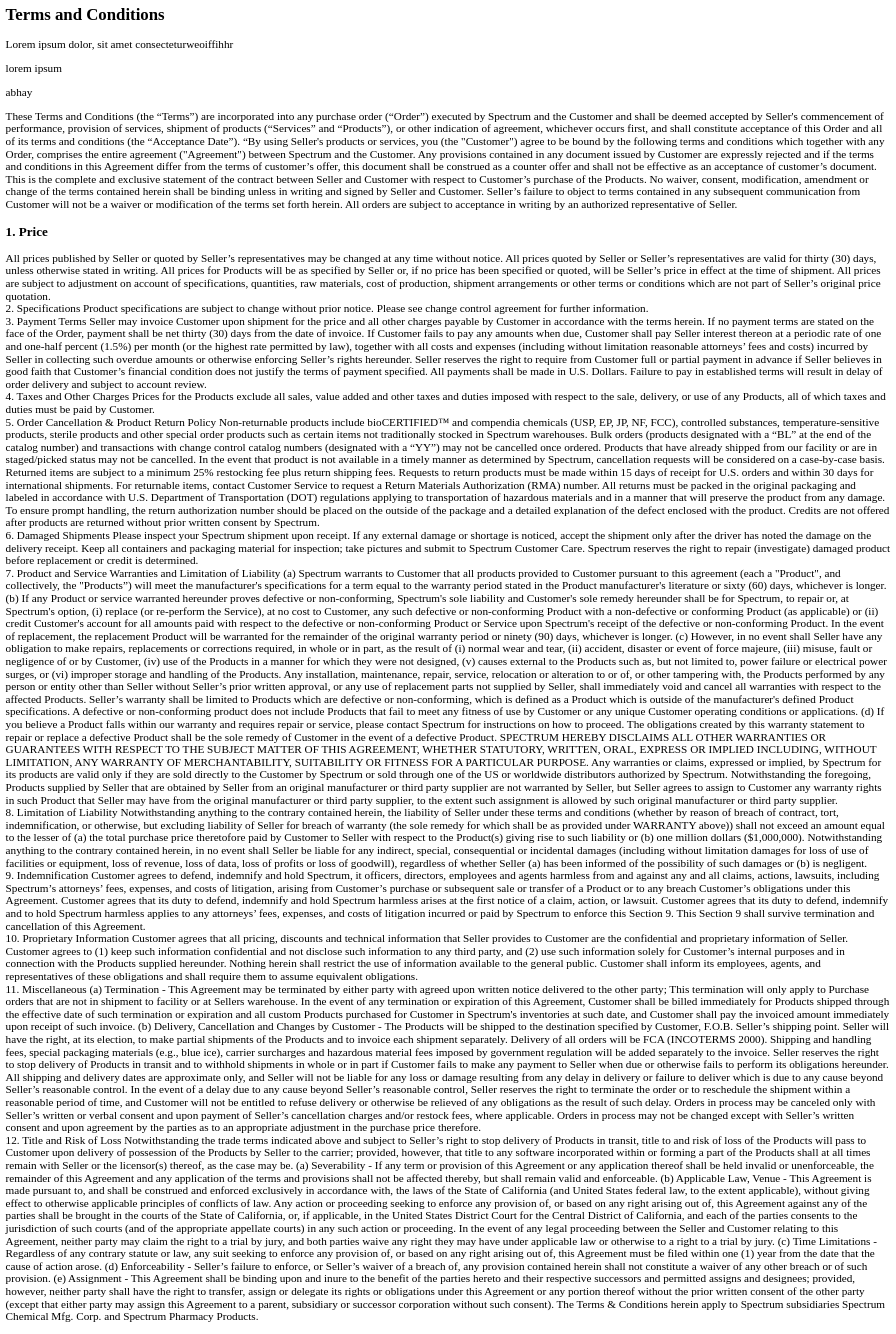
Repository: abhay3690/cheMart
Page: cheMart/cheMart/WebContent/jsp/user/terms.html
The author's editor kept a copy of each file at every save. The page is drawn from the files as they stood at one save, then again after the next save.
The browser window is 1280 px wide. The pictures show the whole page, at 70% of full size.

Above is the page before, as saved 2023-11-07 09:40:08.

After the next save:
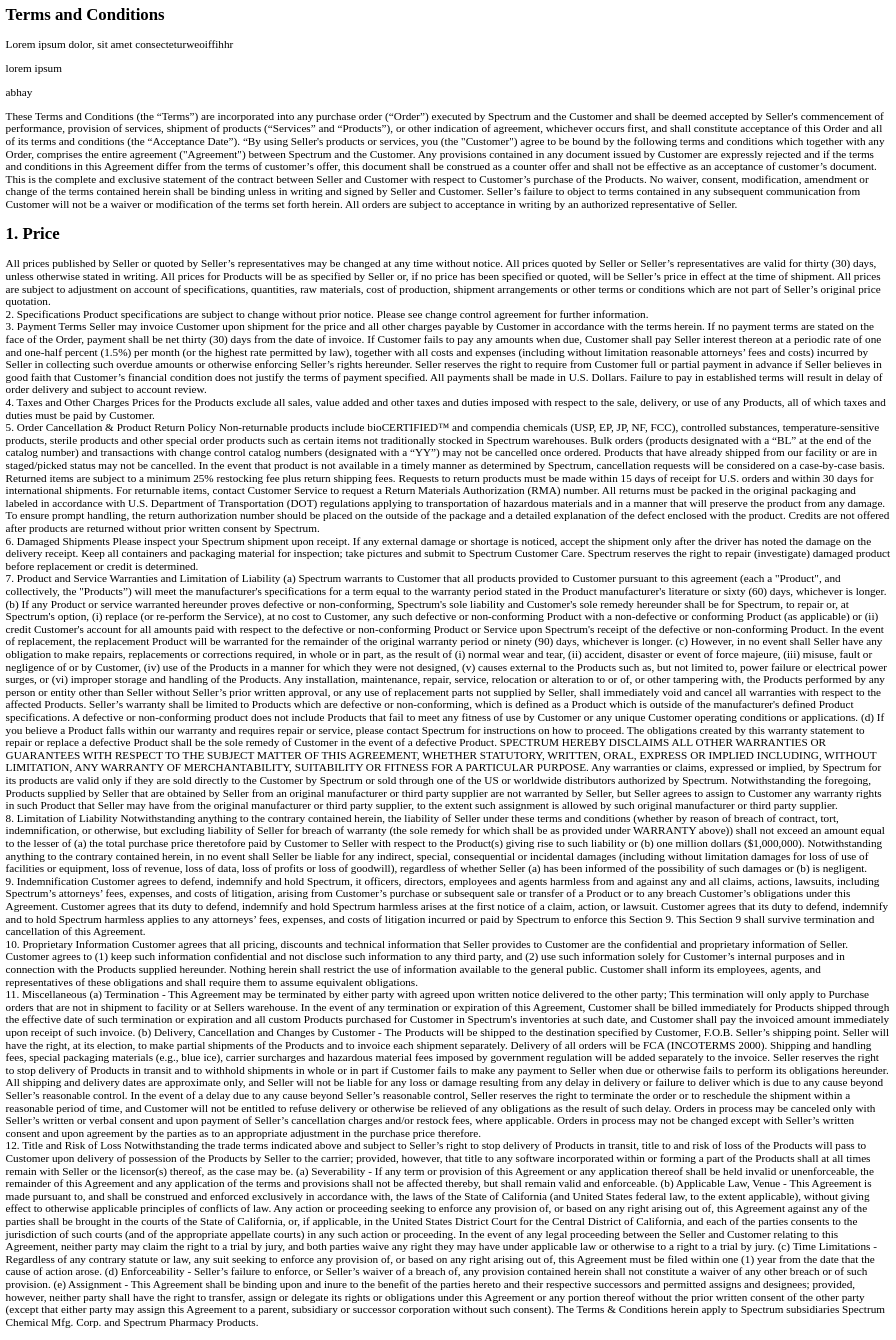
Saved 43 s later.
--- a/cheMart/cheMart/WebContent/jsp/user/terms.html
+++ b/cheMart/cheMart/WebContent/jsp/user/terms.html
@@ -9,7 +9,7 @@
 
 <div>
 	<div>
-	<h3>1. Price</h3>
+	<h2>1. Price</h2>
 
 All prices published by Seller or quoted by Seller’s representatives may be changed at any time without notice. All prices quoted by Seller or Seller’s representatives are valid for thirty (30) days, unless otherwise stated in writing. All prices for Products will be as specified by Seller or, if no price has been specified or quoted, will be Seller’s price in effect at the time of shipment. All prices are subject to adjustment on account of specifications, quantities, raw materials, cost of production, shipment arrangements or other terms or conditions which are not part of Seller’s original price quotation.
 	</div>
